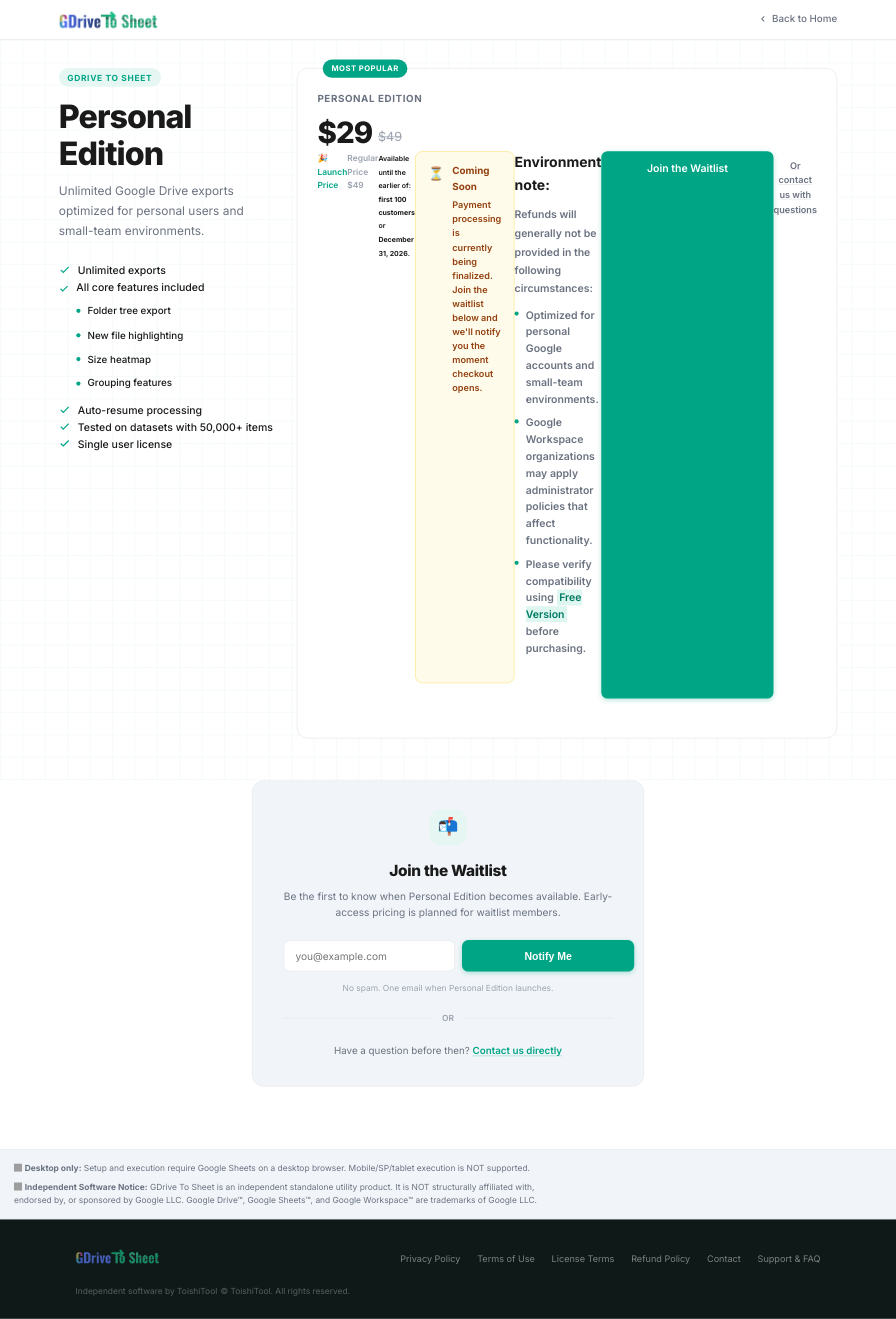
Repository: toishitool/gdrive-to-sheet
Page: personal-edition.html
The author's editor kept a copy of each file at every save. The page is drawn from the files as they stood at one save, then again after the next save.
The browser window is 1280 px wide. The pictures show the whole page, at 70% of full size.
Pictures or frames that could not be fetched are drawn as grey boxes.

Above is the page before, as saved 2026-06-24 09:09:17.

### personal-edition.html
<!DOCTYPE html>
<html lang="en" class="scroll-smooth">

<head>
  <meta charset="UTF-8" />
  <meta name="viewport" content="width=device-width, initial-scale=1.0" />
  <title>Personal Edition – GDrive To Sheet</title>
  <meta name="description"
    content="Unlimited Google Drive exports for individual users. Personal Edition launch pricing — coming soon." />
  <link rel="canonical" href="https://toishitool.github.io/gdrive-to-sheet/personal-edition.html" />

  <link rel="preconnect" href="https://fonts.googleapis.com" />
  <link rel="preconnect" href="https://fonts.gstatic.com" crossorigin />
  <link href="https://fonts.googleapis.com/css2?family=Inter:wght@300;400;500;600;700;800&display=swap"
    rel="stylesheet" />

  <link rel="stylesheet" href="style.css">
</head>

<body>
  <div id="header-container"></div>
  <section class="hero grid-bg" aria-label="Personal Edition">
    <div class="container">
      <div class="hero-grid">

        <div class="hero-copy">
          <span class="eyebrow">GDrive To Sheet</span>
          <h1>Personal Edition</h1>
          <p class="sub">Unlimited Google Drive exports optimized for personal users and small-team environments.</p>
          <div class="feature-container">
            <ul class="feature-list">
              <li><svg width="17" height="17" fill="none" stroke="currentColor" stroke-width="2.5" viewBox="0 0 24 24">
                  <polyline points="20 6 9 17 4 12" />
                </svg> Unlimited exports</li>
              <li style="display: block;">
                <div style="display: flex; align-items: center; gap: 10px;">
                  <svg width="15" height="15" fill="none" stroke="var(--primary)" stroke-width="2.5"
                    viewBox="0 0 24 24">
                    <polyline points="20 6 9 17 4 12" />
                  </svg>
                  <span>All core features included</span>
                </div>
                <ul
                  style="list-style: none; padding-left: 25px; margin-top: 10px; margin-bottom: 16px; display: flex; flex-direction: column; gap: 12px;">
                  <li style="display: flex; align-items: center; gap: 10px; font-size: 14px;">
                    <span
                      style="width: 6px; height: 6px; background-color: var(--primary); border-radius: 50%; flex-shrink: 0;"></span>
                    <span>Folder tree export</span>
                  </li>
                  <li style="display: flex; align-items: center; gap: 10px; font-size: 14px;">
                    <span
                      style="width: 6px; height: 6px; background-color: var(--primary); border-radius: 50%; flex-shrink: 0;"></span>
                    <span>New file highlighting</span>
                  </li>
                  <li style="display: flex; align-items: center; gap: 10px; font-size: 14px;">
                    <span
                      style="width: 6px; height: 6px; background-color: var(--primary); border-radius: 50%; flex-shrink: 0;"></span>
                    <span>Size heatmap</span>
                  </li>
                  <li style="display: flex; align-items: center; gap: 10px; font-size: 14px;">
                    <span
                      style="width: 6px; height: 6px; background-color: var(--primary); border-radius: 50%; flex-shrink: 0;"></span>
                    <span>Grouping features</span>
                  </li>
                </ul>
              </li>
              <li><svg width="17" height="17" fill="none" stroke="currentColor" stroke-width="2.5" viewBox="0 0 24 24">
                  <polyline points="20 6 9 17 4 12" />
                </svg> Auto-resume processing</li>
              <li><svg width="17" height="17" fill="none" stroke="currentColor" stroke-width="2.5" viewBox="0 0 24 24">
                  <polyline points="20 6 9 17 4 12" />
                </svg> Tested on datasets with 50,000+ items</li>
              <li><svg width="17" height="17" fill="none" stroke="currentColor" stroke-width="2.5" viewBox="0 0 24 24">
                  <polyline points="20 6 9 17 4 12" />
                </svg> Single user license</li>

            </ul>
          </div>
        </div>
        <div class="price-card">
          <span class="price-card-badge">Most Popular</span>
          <div class="price-name">Personal Edition</div>
          <div class="price-amount">
            <span class="price-now">$29</span>
            <span class="price-was">$49</span>
          </div>
          <div class="price-label-row">
            <span class="launch">🎉 Launch Price</span>
            <span class="regular">Regular Price $49</span>
            <div class="launch-notice">
              <small> Available until the earlier of: <strong>first 100 customers</strong> or
                <strong>December 31, 2026</strong>. </small> </div>
            <div class="price-divider"></div>

            <div class="coming-soon">
              <span class="cs-icon">⏳</span>
              <div>
                <h3>Coming Soon</h3>
                <p>Payment processing is currently being finalized. Join the waitlist below and we'll notify you the
                  moment checkout opens.</p>
              </div>
            </div>


            <div class="policy-section">
              <h2>Environment note:</h2>
              <p>Refunds will generally not be provided in the following circumstances:</p>
              <ul>
                <li>Optimized for personal Google accounts and small-team environments.</li>
                <li>Google Workspace organizations may apply administrator policies that affect functionality.</li>
                <li>
                  <div>Please verify compatibility using <a href="free-download.html"
                      class="hover-underline bg-highlight"><strong style="color: var(--primary-dark);">Free
                        Version</strong></a> before purchasing.</div>
                </li>

              </ul>
            </div>

            <a href="#waitlist" class="btn btn-primary price-card-btn">Join the Waitlist</a>
            <a href="#waitlist" class="price-secondary-link">Or contact us with questions</a>
          </div>
        </div>
      </div>
  </section>

  <section class="waitlist" id="waitlist" aria-labelledby="waitlist-heading">
    <div class="container">
      <div class="waitlist-card">
        <div class="w-icon">📬</div>
        <h2 id="waitlist-heading">Join the Waitlist</h2>
        <p class="desc">Be the first to know when Personal Edition becomes available.
          Early-access pricing is planned for waitlist members.</p>

        <form class="waitlist-form" id="waitlist-form"
          action="https://docs.google.com/forms/d/e/1FAIpQLSe7KbdaFORFnTP64CwD7AC8NbCqmuysNHLGelfU1iEScVxCIA/formResponse"
          method="POST" target="hidden_iframe">

          <input type="email" name="entry.1918369019" placeholder="you@example.com" required
            aria-label="Email address" />
          <button type="submit" class="btn btn-primary">Notify Me</button>
        </form>
        <iframe name="hidden_iframe" id="hidden_iframe" style="display:none;"></iframe>


        <div class="waitlist-success" id="waitlist-success" style="display:none;">
          <svg width="16" height="16" fill="none" stroke="currentColor" stroke-width="2.5" viewBox="0 0 24 24">
            <polyline points="20 6 9 17 4 12" />
          </svg>
          Thanks! We'll email you when checkout opens.
        </div>

        <!-- 4. JavaScript処理 -->
        <p class="waitlist-note">No spam. One email when Personal Edition launches.</p>
        <div class="waitlist-divider">OR</div>
        <p style="font-size:14px;color:var(--text-muted);">
          Have a question before then? <a href="mailto:toishitool@gmail.com" class="contact-link">Contact us
            directly</a>
        </p>
      </div>
    </div>
  </section>


  <div id="notice-container"></div>
  <div id="footer-container"></div>
  <script src="js/common.js"></script>



</body>

</html>

### header.html
<nav aria-label="Main navigation">
  <div class="nav-inner">
    <a href="index.html" class="nav-logo">
      <img src="images/logo_gdrivetosheet.png" alt="GDrive To Sheet" />
    </a>
    <a href="index.html" class="nav-back hover-underline">
      <svg width="14" height="14" fill="none" stroke="currentColor" stroke-width="2.5" viewBox="0 0 24 24"><polyline points="15 18 9 12 15 6"/></svg>
      Back to Home
    </a>
  </div>
</nav>

### footer.html
<footer role="contentinfo" class="footer">
  <div class="container">
    <div class="footer-inner">
      <a href="index.html" class="footer-logo">
        <img src="images/logo_gdrivetosheet_dk.png" alt="GDrive To Sheet Home" />
      </a>

      <div class="footer-links">
        <a href="privacy-policy.html">Privacy Policy</a>
        <a href="terms.html">Terms of Use</a>
        <a href="license.html">License Terms</a>
        <a href="refund-policy.html">Refund Policy</a>
        <a href="contact.html">Contact</a>
        <a href="support.html">Support &amp; FAQ</a>
      </div>

      <div class="footer-bottom-text">
        <span class="footer-copy">Independent software by ToishiTool</span>
        <span class="footer-copy">
          © <span id="year"></span> ToishiTool. All rights reserved.
        </span>

        <script>
          document.getElementById("year").textContent =
            new Date().getFullYear();
        </script>
      </div>
    </div>
  </div>
</footer>

### notice.html

<div class="notice-block">
  <p> <img src="https://cdn.jsdelivr.net/gh/twitter/twemoji@14.0.2/assets/72x72/1f4bb.png" alt="💻" style="width: 1em; height: 1em; vertical-align: -0.1em;">
     <strong>Desktop only:</strong> Setup and execution require Google Sheets on a desktop browser. Mobile/SP/tablet execution is NOT supported. </p>
    <p><img src="https://fonts.gstatic.com/s/e/notoemoji/latest/1f54a/emoji.svg" alt="🕊️" style="width: 1em; height: 1em; vertical-align: -0.1em;">
      <strong>Independent Software Notice:</strong> GDrive To Sheet is an independent standalone utility
      product. It is NOT structurally affiliated with, endorsed by, or sponsored by Google LLC. Google Drive™, Google
      Sheets™, and Google Workspace™ are trademarks of Google LLC.</p>
  </div>

Loaded but not shown: js/common.js (157 lines, source omitted); style.css (3343 lines, source omitted)

After the next save:
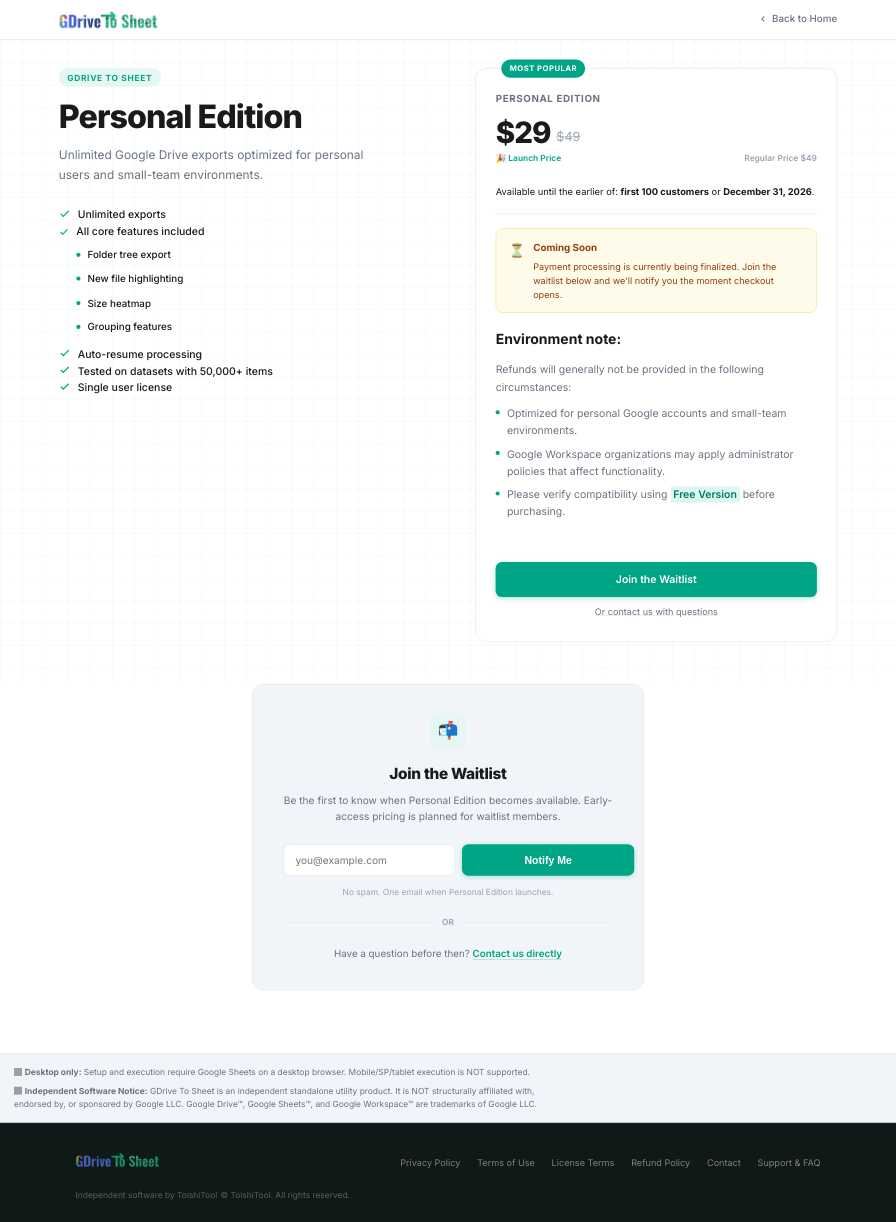
Saved 27 s later.
--- a/personal-edition.html
+++ b/personal-edition.html
@@ -87,41 +87,40 @@
           <div class="price-label-row">
             <span class="launch">🎉 Launch Price</span>
             <span class="regular">Regular Price $49</span>
-            <div class="launch-notice">
-              <small> Available until the earlier of: <strong>first 100 customers</strong> or
-                <strong>December 31, 2026</strong>. </small> </div>
-            <div class="price-divider"></div>
+          </div>
+          <div class="launch-notice"> <small> Available until the earlier of: <strong>first 100 customers</strong> or <strong>December 31, 2026</strong>. </small> </div>
+          <div class="price-divider"></div>
 
-            <div class="coming-soon">
-              <span class="cs-icon">⏳</span>
-              <div>
-                <h3>Coming Soon</h3>
-                <p>Payment processing is currently being finalized. Join the waitlist below and we'll notify you the
-                  moment checkout opens.</p>
-              </div>
+          <div class="coming-soon">
+            <span class="cs-icon">⏳</span>
+            <div>
+              <h3>Coming Soon</h3>
+              <p>Payment processing is currently being finalized. Join the waitlist below and we'll notify you the
+                moment checkout opens.</p>
             </div>
+          </div>
 
 
-            <div class="policy-section">
-              <h2>Environment note:</h2>
-              <p>Refunds will generally not be provided in the following circumstances:</p>
-              <ul>
-                <li>Optimized for personal Google accounts and small-team environments.</li>
-                <li>Google Workspace organizations may apply administrator policies that affect functionality.</li>
-                <li>
-                  <div>Please verify compatibility using <a href="free-download.html"
-                      class="hover-underline bg-highlight"><strong style="color: var(--primary-dark);">Free
-                        Version</strong></a> before purchasing.</div>
-                </li>
+          <div class="policy-section">
+            <h2>Environment note:</h2>
+            <p>Refunds will generally not be provided in the following circumstances:</p>
+            <ul>
+              <li>Optimized for personal Google accounts and small-team environments.</li>
+              <li>Google Workspace organizations may apply administrator policies that affect functionality.</li>
+              <li>
+                <div>Please verify compatibility using <a href="free-download.html"
+                    class="hover-underline bg-highlight"><strong style="color: var(--primary-dark);">Free
+                      Version</strong></a> before purchasing.</div>
+              </li>
 
-              </ul>
-            </div>
+            </ul>
+          </div>
 
-            <a href="#waitlist" class="btn btn-primary price-card-btn">Join the Waitlist</a>
-            <a href="#waitlist" class="price-secondary-link">Or contact us with questions</a>
-          </div>
+          <a href="#waitlist" class="btn btn-primary price-card-btn">Join the Waitlist</a>
+          <a href="#waitlist" class="price-secondary-link">Or contact us with questions</a>
         </div>
       </div>
+    </div>
   </section>
 
   <section class="waitlist" id="waitlist" aria-labelledby="waitlist-heading">
@@ -134,7 +133,7 @@
 
         <form class="waitlist-form" id="waitlist-form"
           action="https://docs.google.com/forms/d/e/1FAIpQLSe7KbdaFORFnTP64CwD7AC8NbCqmuysNHLGelfU1iEScVxCIA/formResponse"
-          method="POST" target="hidden_iframe">
+          method="POST" target="hidden_iframe" >
 
           <input type="email" name="entry.1918369019" placeholder="you@example.com" required
             aria-label="Email address" />
